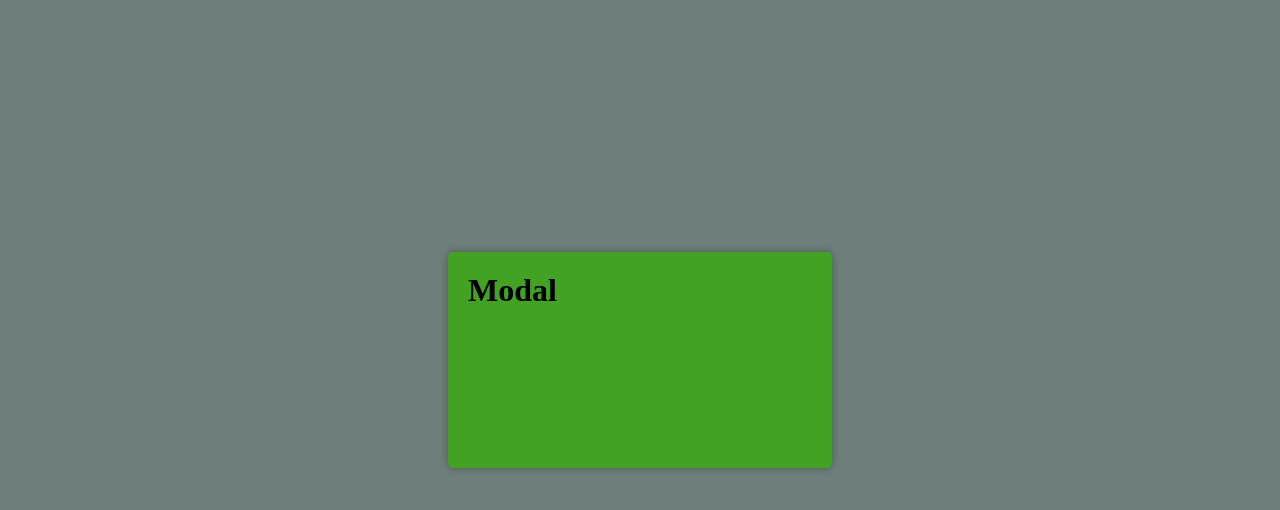
Repository: Soab42/portfolio
Page: /modal
These files come from the project's save history. The page is drawn as it stood at one moment and after the next save; the edit follows.
The browser window is 1280 px wide. The pictures show the whole page.
The project was rebuilt for these pictures with package versions that can differ from the ones it lists, and the page was loaded fresh each time. The framework's server and built-in components were replaced by stand-ins that run in the browser. Also part of the build but not shown: next.config.js.

Above is the page before, as saved 2023-10-09 15:25:48.

### app/layout.js
import "./globals.css";

export const metadata = {
  title: "syfuddhin",
  description: "Portfolio application for Soab Mahmud Syfuddhin",
};

export default function RootLayout({ children }) {
  return (
    <html lang="en">
      <body>{children}</body>
    </html>
  );
}

### app/modal/page.js
import Modal from "@/components/Modal";
import React from "react";

export default function page() {
  const component = <h1>Modal</h1>;
  return (
    <div>
      <Modal>{component}</Modal>
    </div>
  );
}

### app/globals.css
:root {
  --max-width: 1100px;
  --border-radius: 12px;
  --font-mono: ui-monospace, Menlo, Monaco, "Cascadia Mono", "Segoe UI Mono",
    "Roboto Mono", "Oxygen Mono", "Ubuntu Monospace", "Source Code Pro",
    "Fira Mono", "Droid Sans Mono", "Courier New", monospace;

  --foreground-rgb: 0, 0, 0;
  --background-start-rgb: 214, 219, 220;
  --background-end-rgb: 255, 255, 255;

  --primary-glow: conic-gradient(
    from 180deg at 50% 50%,
    #16abff33 0deg,
    #0885ff33 55deg,
    #54d6ff33 120deg,
    #0071ff33 160deg,
    transparent 360deg
  );
  --secondary-glow: radial-gradient(
    rgba(255, 255, 255, 1),
    rgba(255, 255, 255, 0)
  );

  --tile-start-rgb: 239, 245, 249;
  --tile-end-rgb: 228, 232, 233;
  --tile-border: conic-gradient(
    #00000080,
    #00000040,
    #00000030,
    #00000020,
    #00000010,
    #00000010,
    #00000080
  );

  --callout-rgb: 238, 240, 241;
  --callout-border-rgb: 172, 175, 176;
  --card-rgb: 180, 185, 188;
  --card-border-rgb: 131, 134, 135;
}

@media (prefers-color-scheme: dark) {
  :root {
    --foreground-rgb: 255, 255, 255;
    --background-start-rgb: 0, 0, 0;
    --background-end-rgb: 0, 0, 0;

    --primary-glow: radial-gradient(rgba(1, 65, 255, 0.4), rgba(1, 65, 255, 0));
    --secondary-glow: linear-gradient(
      to bottom right,
      rgba(1, 65, 255, 0),
      rgba(1, 65, 255, 0),
      rgba(1, 65, 255, 0.3)
    );

    --tile-start-rgb: 2, 13, 46;
    --tile-end-rgb: 2, 5, 19;
    --tile-border: conic-gradient(
      #ffffff80,
      #ffffff40,
      #ffffff30,
      #ffffff20,
      #ffffff10,
      #ffffff10,
      #ffffff80
    );

    --callout-rgb: 20, 20, 20;
    --callout-border-rgb: 108, 108, 108;
    --card-rgb: 100, 100, 100;
    --card-border-rgb: 200, 200, 200;
  }
}

* {
  box-sizing: border-box;
  padding: 0;
  margin: 0;
}

html,
body {
  max-width: 100vw;
  overflow-x: hidden;
  position: relative;
}

body {
  color: rgb(var(--foreground-rgb));
  background: linear-gradient(
      to bottom,
      transparent,
      rgb(var(--background-end-rgb))
    )
    rgb(var(--background-start-rgb));
}

a {
  color: inherit;
  text-decoration: none;
}

@media (prefers-color-scheme: dark) {
  html {
    color-scheme: dark;
  }
}

.modal {
  display: flex;
  justify-content: center;
  align-items: center;
  background: #314942a0;
  position: fixed;
  top: 0;
  bottom: 0;
  right: 0;
  left: 0;
}
.modal-content {
  position: absolute;
  top: 50%;
  left: 50%;
  width: fit-content;
  min-width: 30%;
  min-height: 30%;
  transform: translate(-50%, -50%);
  background-color: #32ae05bc;
  padding: 20px;
  border-radius: 5px;
  box-shadow: 0px 0px 10px rgba(0, 0, 0, 0.3);
}

### components/Modal.js
import React from "react";

export default function Modal({ children }) {
  return (
    <div className="modal">
      <div className="modal-content">{children}</div>
    </div>
  );
}

After the next save:
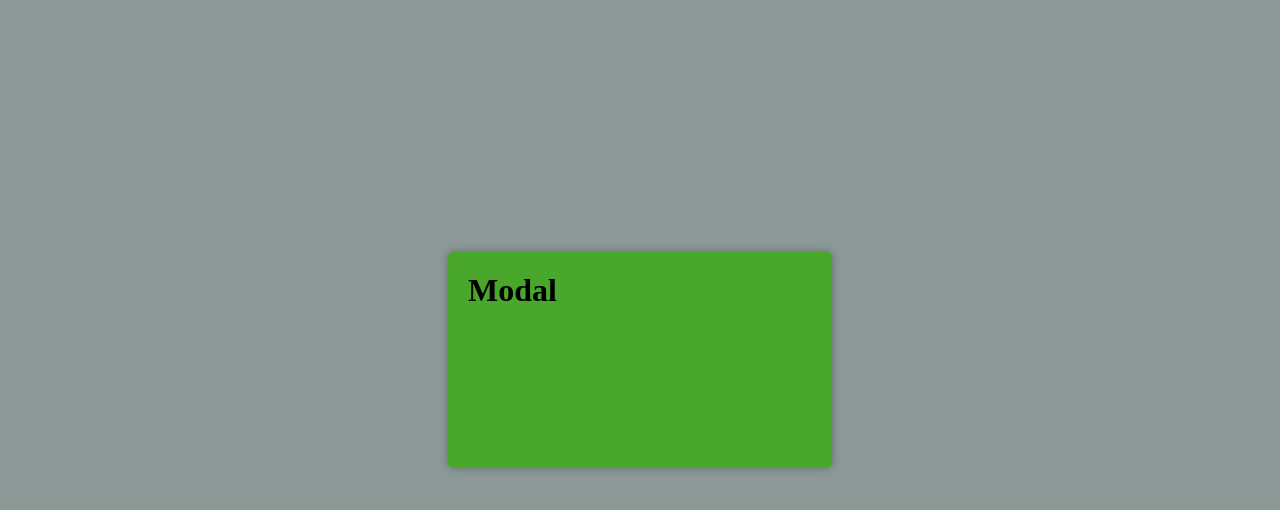
Saved 7 s later.
--- a/app/globals.css
+++ b/app/globals.css
@@ -111,7 +111,7 @@ a {
   display: flex;
   justify-content: center;
   align-items: center;
-  background: #314942a0;
+  background: #31494272;
   position: fixed;
   top: 0;
   bottom: 0;
